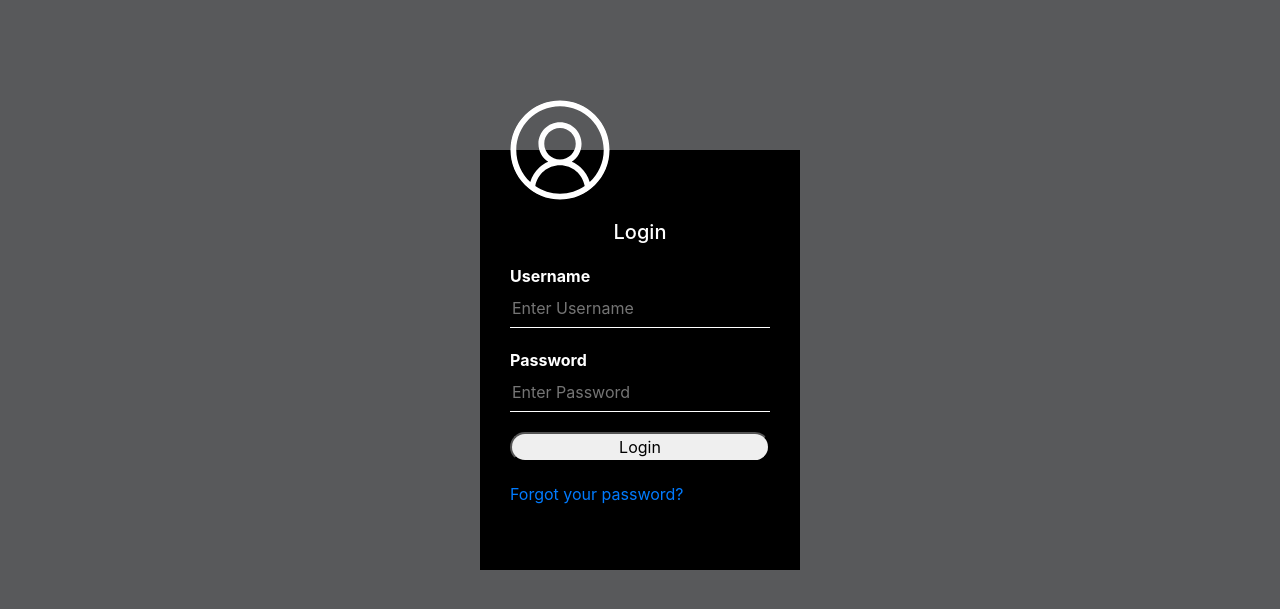
Repository: Lovekr/stylester
Page: stylster_frontend_design/login.html
These files come from the project's save history. The page is drawn as it stood at one moment and after the next save; the edit follows.
The browser window is 1280 px wide. The pictures show the whole page.
The pointer rests on the first visible `.loginbox input[type="submit"]`.

Above is the page before, as saved 2020-03-09 12:34:04.

### stylster_frontend_design/login.html
<!DOCTYPE html>
<html lang="en">
<head>

    <meta charset="UTF-8">
    <meta name="viewport" content="width=device-width, initial-scale=1.0">
    <link rel="stylesheet" href="https://stackpath.bootstrapcdn.com/bootstrap/4.4.1/css/bootstrap.min.css" >
     <link rel="stylesheet" href="./css/owl.carousel.css">
     <link rel="stylesheet" href="./css//owl.theme.default.min.css">
     <link rel="stylesheet" href="https://cdnjs.cloudflare.com/ajax/libs/font-awesome/4.7.0/css/font-awesome.min.css">
     <link rel="stylesheet" href="./css/login.css">
    <title>STYLSTER</title>
</head>
<body>
     <div class="loginbox">
         <img src="./asset/login icon svg white-01.svg" class="loginicon">
         <h1>Login</h1>
         <form>
             <p>Username</p>
             <input type="text" name="" placeholder="Enter Username">
             <p>Password</p>
             <input type="password" name="" placeholder="Enter Password">
             <input type="submit" name="" value="Login">
             <a href="#">Forgot your password?</a>
         </form>
     </div>










</body>
</html>

### stylster_frontend_design/css/login.css
body {
    margin: 0;
    padding: 0;
    background-color: #58595b;
    background-size: cover;
    background-position: center;
}
.loginbox {
    width: 320px;
    height: 420px;
    background: #000;
    color: #fff;
    position: absolute;
    top:50%;
    left:50%;
    transform: translate(-50%, -50%);
    box-sizing: border-box;
    padding: 70px 30px;
}
.loginicon {
    width: 100px;
    height: 100px;
    border-radius: 50%;
    position: absolute;
    top: -50px;
    left: calc(-50%, 50px);
}
h1 {
    margin:0;
    padding: 0 0 20px;
    text-align: center;
    font-size: 20px;
}
.loginbox p{
    margin: 0;
    padding: 0;
    font-weight: bold;
}
.loginbox input{
    width: 100%;
    margin-bottom: 20px;
}
.loginbox input[type="text"], input[type="password"]
{
    border: none;
    border-bottom: 1px solid #fff;
    background: transparent;
    outline: none;
    height: 40px;
}
.loginbox input[type="submit"]
{
    border-radius: 20px;
}
.loginbox input[type="submit"]:hover
{
    cursor: pointer;
}

Loaded but not shown: stylster_frontend_design/css/owl.carousel.css (library); stylster_frontend_design/css/owl.theme.default.min.css (common file)

After the next save:
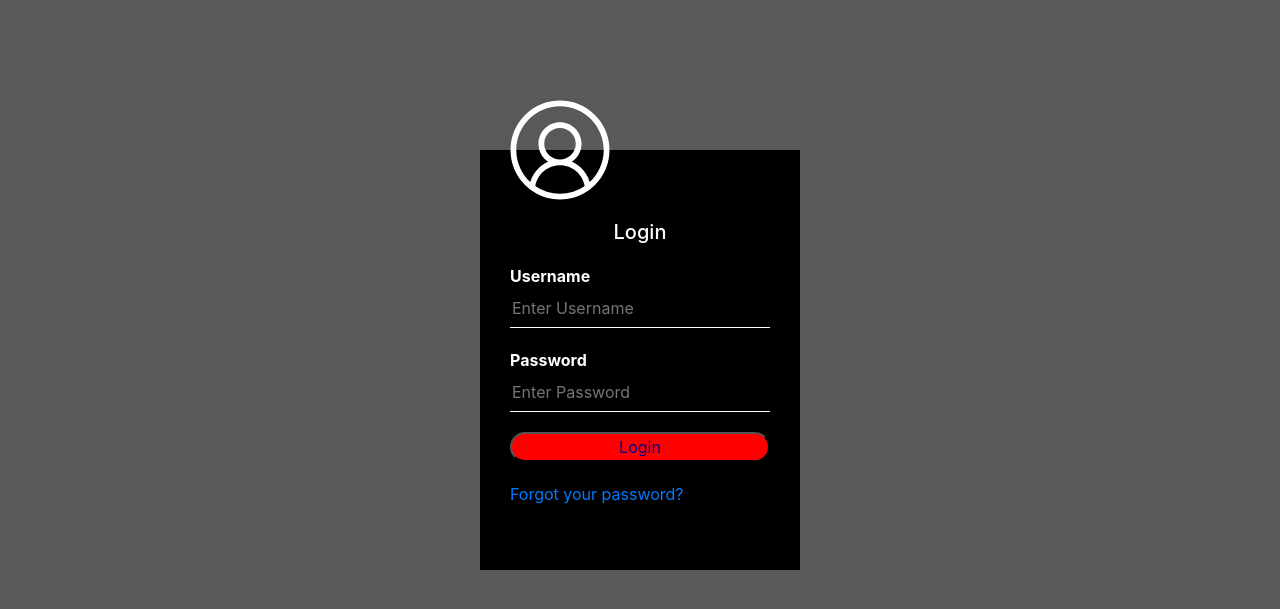
Saved 75 s later.
--- a/stylster_frontend_design/css/login.css
+++ b/stylster_frontend_design/css/login.css
@@ -55,4 +55,6 @@ h1 {
 .loginbox input[type="submit"]:hover
 {
     cursor: pointer;
+    background: red;
+    color: darkblue;
 }
